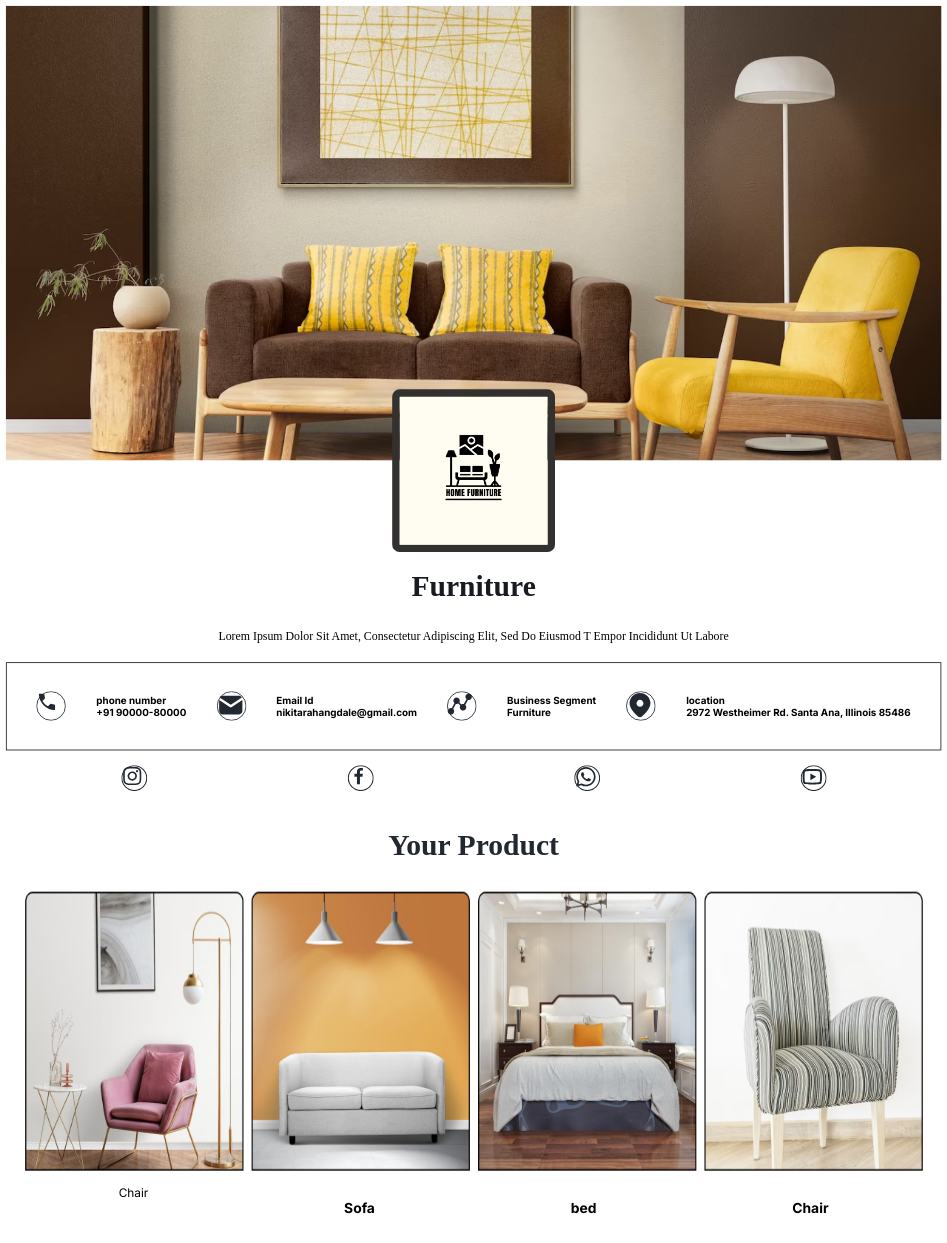
Repository: nikita120402/next13-deploy
Page: /
An editor plug-in stored every save of this project. The page is shown before and after the next save, followed by the edit.
The browser window is 1280 px wide. The pictures show the whole page, at 74% of full size.
The project was rebuilt for these pictures with package versions that can differ from the ones it lists, and the page was loaded fresh each time. The framework's server and built-in components were replaced by stand-ins that run in the browser. Also part of the build but not shown: next.config.js.

Above is the page before, as saved 2023-08-07 13:49:02.

### src/app/page.tsx
import Image from 'next/image'
import styles from './Design.module.css'
export default function Page() {
  return (
  <div>
        <Image
        className={styles.image1}
      src="/../public/image/Rectangle 25.jpg"
      alt="Picture"
      width={1500}
      height={600}
          />
          <Image
          className={styles.icon}
          src="/../public/image/final logo.jpg"
          alt="Picture"
          width={200}
          height={200}
          />
          <h1>Furniture</h1>
          <p>Lorem ipsum dolor sit amet, consectetur adipiscing elit, sed do eiusmod t empor incididunt ut labore </p>
          <div className={styles.call}>
          <svg xmlns="http://www.w3.org/2000/svg" width="40" height="40" viewBox="0 0 69 69" fill="none">
  <circle cx="34.5" cy="34.5" r="33.5" fill="white" stroke="#222831" stroke-width="2"/>
  <svg xmlns="http://www.w3.org/2000/svg" width="50" height="50" viewBox="0 0 33 33" fill="none">
  <path d="M27.4313 28.875C24.5667 28.875 21.731 28.2563 18.9241 27.0187C16.1173 25.7812 13.5676 24.0167 11.275 21.725C8.98333 19.4333 7.21875 16.8896 5.98125 14.0938C4.74375 11.2979 4.125 8.45625 4.125 5.56875V4.125H12.2375L13.5094 11.0344L9.59062 14.9875C10.0948 15.8812 10.6562 16.7292 11.275 17.5312C11.8937 18.3333 12.5583 19.0781 13.2687 19.7656C13.9333 20.4302 14.6612 21.0664 15.4522 21.6741C16.2433 22.2819 17.0968 22.8488 18.0125 23.375L22 19.3875L28.875 20.7969V28.875H27.4313Z" fill="#222831"/>
</svg></svg> <h5>phone number <br/> +91 90000-80000</h5>

<svg xmlns="http://www.w3.org/2000/svg" width="40" height="40" viewBox="0 0 69 69" fill="none">
  <circle cx="34.5" cy="34.5" r="33.5" fill="white" stroke="#222831" stroke-width="2"/>
  <svg xmlns="http://www.w3.org/2000/svg" width="65" height="65" viewBox="0 0 33 33" fill="none">
  <g clip-path="url(#clip0_1_50)">
    <path d="M30.25 10.3606V23.375C30.2501 24.4271 29.8481 25.4396 29.1262 26.2051C28.4044 26.9706 27.4174 27.4314 26.367 27.4931L26.125 27.5H6.875C5.82284 27.5 4.81042 27.098 4.04489 26.3762C3.27937 25.6544 2.8186 24.6673 2.75688 23.617L2.75 23.375V10.3606L15.7369 19.019L15.8964 19.1097C16.0843 19.2016 16.2908 19.2493 16.5 19.2493C16.7092 19.2493 16.9157 19.2016 17.1036 19.1097L17.2631 19.019L30.25 10.3606Z" fill="#222831"/>
    <path d="M26.125 5.5C27.61 5.5 28.9121 6.28375 29.6381 7.46212L16.5 16.2209L3.36188 7.46212C3.70663 6.90218 4.1803 6.4328 4.74335 6.09315C5.30641 5.7535 5.94252 5.55343 6.59863 5.50962L6.875 5.5H26.125Z" fill="#222831"/>
  </g>
  <defs>
    <clipPath id="clip0_1_50">
      <rect width="33" height="33" fill="white"/>
    </clipPath>
  </defs>
</svg>
</svg> <h5>Email Id <br/>  nikitarahangdale@gmail.com</h5>

<svg xmlns="http://www.w3.org/2000/svg" width="40" height="40" viewBox="0 0 69 69" fill="none">
  <circle cx="34.5" cy="34.5" r="33.5" fill="white" stroke="#222831" stroke-width="2"/>
  <svg xmlns="http://www.w3.org/2000/svg" width="60" height="60" viewBox="0 0 33 33" fill="none">
  <path d="M30.7622 10.1346C30.3794 10.5186 29.9246 10.8231 29.4237 11.0306C28.9228 11.2381 28.3859 11.3445 27.8437 11.3437C27.5119 11.3436 27.1813 11.3037 26.8589 11.2251L23.4261 17.6008C23.4648 17.6369 23.5035 17.673 23.5409 17.7104C24.0863 18.256 24.4678 18.9435 24.6421 19.6951C24.8163 20.4466 24.7764 21.2319 24.5267 21.9618C24.2771 22.6917 23.8277 23.337 23.2297 23.8244C22.6317 24.3118 21.9091 24.6217 21.1438 24.719C20.3785 24.8162 19.6013 24.6969 18.9004 24.3747C18.1995 24.0524 17.603 23.54 17.1787 22.8957C16.7544 22.2514 16.5192 21.5011 16.5 20.7298C16.4807 19.9586 16.6781 19.1975 17.0698 18.5328L14.4684 15.9315C13.8338 16.3044 13.111 16.5007 12.375 16.5C12.0428 16.5002 11.7117 16.4609 11.3889 16.3827L7.95609 22.7558C7.99476 22.7919 8.03472 22.828 8.0721 22.8654C8.6489 23.4423 9.04168 24.1773 9.20076 24.9775C9.35985 25.7776 9.27811 26.607 8.96587 27.3606C8.65363 28.1143 8.12492 28.7585 7.44658 29.2117C6.76825 29.665 5.97076 29.9069 5.15495 29.9069C4.33915 29.9069 3.54166 29.665 2.86333 29.2117C2.18499 28.7585 1.65628 28.1143 1.34404 27.3606C1.0318 26.607 0.950059 25.7776 1.10915 24.9775C1.26823 24.1773 1.66101 23.4423 2.23781 22.8654C2.7397 22.3637 3.36251 22 4.04606 21.8094C4.7296 21.6188 5.45075 21.6078 6.1398 21.7774L9.57257 15.4017C9.5339 15.3656 9.49523 15.3295 9.45785 15.2921C9.07471 14.9091 8.77077 14.4543 8.56342 13.9538C8.35606 13.4532 8.24933 12.9168 8.24933 12.375C8.24933 11.8332 8.35606 11.2967 8.56342 10.7962C8.77077 10.2957 9.07471 9.84089 9.45785 9.45783C10.1675 8.74616 11.1126 8.31805 12.1156 8.25393C13.1186 8.18981 14.1105 8.49408 14.905 9.10959C15.6995 9.72511 16.242 10.6095 16.4306 11.5967C16.6191 12.5839 16.4407 13.606 15.9289 14.471L18.5303 17.0723C19.4597 16.5277 20.5645 16.3659 21.6111 16.6212L25.0439 10.2455C25.0052 10.2094 24.9653 10.1733 24.9279 10.1359C24.5447 9.75283 24.2408 9.29805 24.0335 8.79752C23.8261 8.29699 23.7194 7.76051 23.7194 7.21873C23.7194 6.67695 23.8261 6.14048 24.0335 5.63995C24.2408 5.13942 24.5447 4.68464 24.9279 4.30158C25.7016 3.52791 26.7509 3.09326 27.845 3.09326C28.9392 3.09326 29.9885 3.52791 30.7622 4.30158C31.5359 5.07526 31.9705 6.12459 31.9705 7.21873C31.9705 8.31288 31.5359 9.36221 30.7622 10.1359V10.1346Z" fill="#222831"/>
</svg>
</svg> <h5>Business  Segment  <br/>  Furniture</h5>

<svg xmlns="http://www.w3.org/2000/svg" width="40" height="40" viewBox="0 0 69 69" fill="none">
  <circle cx="34.5" cy="34.5" r="33.5" fill="white" stroke="#222831" stroke-width="2"/>
  <svg xmlns="http://www.w3.org/2000/svg" width="65" height="65" viewBox="0 0 33 33" fill="none">
  <path d="M18.8843 29.997C22.4792 26.8331 28.875 20.3692 28.875 14.4375C28.875 11.1554 27.5712 8.00782 25.2504 5.68705C22.9297 3.36629 19.7821 2.0625 16.5 2.0625C13.2179 2.0625 10.0703 3.36629 7.74955 5.68705C5.42879 8.00782 4.125 11.1554 4.125 14.4375C4.125 20.3692 10.5187 26.8331 14.1157 29.997C14.7719 30.5826 15.6205 30.9063 16.5 30.9063C17.3795 30.9063 18.2281 30.5826 18.8843 29.997ZM12.375 14.4375C12.375 13.3435 12.8096 12.2943 13.5832 11.5207C14.3568 10.7471 15.406 10.3125 16.5 10.3125C17.594 10.3125 18.6432 10.7471 19.4168 11.5207C20.1904 12.2943 20.625 13.3435 20.625 14.4375C20.625 15.5315 20.1904 16.5807 19.4168 17.3543C18.6432 18.1279 17.594 18.5625 16.5 18.5625C15.406 18.5625 14.3568 18.1279 13.5832 17.3543C12.8096 16.5807 12.375 15.5315 12.375 14.4375Z" fill="#222831"/>
</svg>
</svg>  <h5>location  <br/>  2972 Westheimer Rd. Santa Ana, Illinois 85486 </h5>

</div>
<div className={styles.icon1}>

<svg className={styles.icon2} xmlns="http://www.w3.org/2000/svg" width="35" height="35" viewBox="0 0 50 50" fill="none">
  <circle cx="25" cy="25" r="24" fill="white" stroke="#222831" stroke-width="2"/>
  <svg   xmlns="http://www.w3.org/2000/svg" width="42" height="42" viewBox="0 0 32 32" fill="none">
  <path d="M23.12 7.27999C22.8036 7.27999 22.4942 7.37383 22.2311 7.54964C21.968 7.72545 21.7629 7.97533 21.6418 8.2677C21.5207 8.56006 21.489 8.88176 21.5507 9.19213C21.6125 9.5025 21.7649 9.7876 21.9886 10.0114C22.2124 10.2351 22.4975 10.3875 22.8079 10.4492C23.1182 10.511 23.4399 10.4793 23.7323 10.3582C24.0247 10.2371 24.2745 10.032 24.4504 9.7689C24.6262 9.50578 24.72 9.19644 24.72 8.87999C24.72 8.45564 24.5514 8.04868 24.2514 7.74862C23.9513 7.44856 23.5443 7.27999 23.12 7.27999ZM29.2533 10.5067C29.2274 9.40039 29.0202 8.30586 28.64 7.26666C28.301 6.3775 27.7733 5.57236 27.0933 4.90666C26.4331 4.22322 25.6261 3.69889 24.7333 3.37332C23.6969 2.98154 22.6011 2.7696 21.4933 2.74666C20.08 2.66666 19.6267 2.66666 16 2.66666C12.3733 2.66666 11.92 2.66666 10.5067 2.74666C9.39887 2.7696 8.30313 2.98154 7.26667 3.37332C6.37557 3.70219 5.56925 4.22607 4.90667 4.90666C4.22324 5.56689 3.69891 6.37391 3.37334 7.26666C2.98155 8.30311 2.76962 9.39886 2.74667 10.5067C2.66667 11.92 2.66667 12.3733 2.66667 16C2.66667 19.6267 2.66667 20.08 2.74667 21.4933C2.76962 22.6011 2.98155 23.6969 3.37334 24.7333C3.69891 25.6261 4.22324 26.4331 4.90667 27.0933C5.56925 27.7739 6.37557 28.2978 7.26667 28.6267C8.30313 29.0184 9.39887 29.2304 10.5067 29.2533C11.92 29.3333 12.3733 29.3333 16 29.3333C19.6267 29.3333 20.08 29.3333 21.4933 29.2533C22.6011 29.2304 23.6969 29.0184 24.7333 28.6267C25.6261 28.3011 26.4331 27.7768 27.0933 27.0933C27.7763 26.4301 28.3045 25.6242 28.64 24.7333C29.0202 23.6941 29.2274 22.5996 29.2533 21.4933C29.2533 20.08 29.3333 19.6267 29.3333 16C29.3333 12.3733 29.3333 11.92 29.2533 10.5067ZM26.8533 21.3333C26.8436 22.1797 26.6903 23.0183 26.4 23.8133C26.1871 24.3936 25.8452 24.9179 25.4 25.3467C24.9675 25.7873 24.4443 26.1286 23.8667 26.3467C23.0716 26.637 22.233 26.7903 21.3867 26.8C20.0533 26.8667 19.56 26.88 16.0533 26.88C12.5467 26.88 12.0533 26.88 10.72 26.8C9.84119 26.8164 8.96613 26.6811 8.13334 26.4C7.58105 26.1708 7.08181 25.8304 6.66667 25.4C6.22412 24.9717 5.88646 24.4469 5.68001 23.8667C5.35448 23.0602 5.17393 22.2026 5.14667 21.3333C5.14667 20 5.06667 19.5067 5.06667 16C5.06667 12.4933 5.06667 12 5.14667 10.6667C5.15265 9.8014 5.31061 8.94392 5.61334 8.13332C5.84807 7.57054 6.20836 7.06887 6.66667 6.66666C7.07176 6.20821 7.57239 5.84412 8.13334 5.59999C8.94607 5.30671 9.80267 5.15343 10.6667 5.14666C12 5.14666 12.4933 5.06666 16 5.06666C19.5067 5.06666 20 5.06666 21.3333 5.14666C22.1797 5.15636 23.0183 5.30965 23.8133 5.59999C24.4192 5.82486 24.9631 6.19045 25.4 6.66666C25.8369 7.07623 26.1784 7.57697 26.4 8.13332C26.6963 8.94523 26.8497 9.80236 26.8533 10.6667C26.92 12 26.9333 12.4933 26.9333 16C26.9333 19.5067 26.92 20 26.8533 21.3333ZM16 9.15999C14.6478 9.16263 13.3266 9.56602 12.2035 10.3192C11.0805 11.0724 10.2058 12.1416 9.69018 13.3917C9.17452 14.6417 9.04097 16.0166 9.3064 17.3426C9.57182 18.6685 10.2243 19.886 11.1814 20.8413C12.1386 21.7966 13.3574 22.4467 14.6838 22.7095C16.0103 22.9724 17.3849 22.8361 18.634 22.318C19.883 21.7999 20.9505 20.9232 21.7015 19.7987C22.4525 18.6742 22.8533 17.3522 22.8533 16C22.8551 15.1001 22.6789 14.2088 22.335 13.3773C21.991 12.5457 21.4861 11.7904 20.8492 11.1547C20.2122 10.519 19.4559 10.0156 18.6237 9.67323C17.7915 9.3309 16.8999 9.15647 16 9.15999ZM16 20.44C15.1219 20.44 14.2634 20.1796 13.5333 19.6917C12.8031 19.2038 12.234 18.5104 11.898 17.6991C11.5619 16.8878 11.474 15.9951 11.6453 15.1338C11.8166 14.2725 12.2395 13.4814 12.8604 12.8604C13.4814 12.2395 14.2725 11.8166 15.1338 11.6453C15.9951 11.474 16.8878 11.5619 17.6991 11.898C18.5104 12.234 19.2039 12.8031 19.6917 13.5333C20.1796 14.2634 20.44 15.1218 20.44 16C20.44 16.5831 20.3252 17.1604 20.102 17.6991C19.8789 18.2378 19.5519 18.7273 19.1396 19.1395C18.7273 19.5518 18.2378 19.8789 17.6991 20.102C17.1604 20.3251 16.5831 20.44 16 20.44Z" fill="#222831"/>
</svg>
</svg>
<svg xmlns="http://www.w3.org/2000/svg" width="35" height="35" viewBox="0 0 50 50" fill="none">
  <circle cx="25" cy="25" r="24" fill="white" stroke="#222831" stroke-width="2"/>
  <svg xmlns="http://www.w3.org/2000/svg" width="42" height="42" viewBox="0 0 32 32" fill="none">
  <path d="M17.8627 27.996V17.068H21.5493L22.0973 12.7893H17.8627V10.064C17.8627 8.82934 18.2067 7.98401 19.9787 7.98401H22.224V4.16935C21.1315 4.05227 20.0334 3.99574 18.9347 4.00001C15.676 4.00001 13.4387 5.98935 13.4387 9.64135V12.7813H9.776V17.06H13.4467V27.996H17.8627Z" fill="#222831"/>
</svg>
</svg>
<svg xmlns="http://www.w3.org/2000/svg" width="35" height="35" viewBox="0 0 50 50" fill="none">
  <circle cx="25" cy="25" r="24" fill="white" stroke="#222831" stroke-width="2"/>
  <svg xmlns="http://www.w3.org/2000/svg" width="45" height="45" viewBox="0 0 32 32" fill="none">
  <path d="M25.4 6.54667C24.1776 5.31191 22.7216 4.3329 21.1168 3.66674C19.5121 3.00059 17.7908 2.66062 16.0533 2.66667C8.77333 2.66667 2.84 8.60001 2.84 15.88C2.84 18.2133 3.45333 20.48 4.6 22.48L2.73333 29.3333L9.73333 27.4933C11.6667 28.5467 13.84 29.1067 16.0533 29.1067C23.3333 29.1067 29.2667 23.1733 29.2667 15.8933C29.2667 12.36 27.8933 9.04001 25.4 6.54667ZM16.0533 26.8667C14.08 26.8667 12.1467 26.3333 10.4533 25.3333L10.0533 25.0933L5.89333 26.1867L7 22.1333L6.73333 21.72C5.637 19.9693 5.05485 17.9457 5.05333 15.88C5.05333 9.82667 9.98667 4.89334 16.04 4.89334C18.9733 4.89334 21.7333 6.04001 23.8 8.12001C24.8233 9.13863 25.6343 10.3502 26.1859 11.6846C26.7374 13.0189 27.0187 14.4495 27.0133 15.8933C27.04 21.9467 22.1067 26.8667 16.0533 26.8667ZM22.08 18.6533C21.7467 18.4933 20.12 17.6933 19.8267 17.5733C19.52 17.4667 19.3067 17.4133 19.08 17.7333C18.8533 18.0667 18.2267 18.8133 18.04 19.0267C17.8533 19.2533 17.6533 19.28 17.32 19.1067C16.9867 18.9467 15.92 18.5867 14.6667 17.4667C13.68 16.5867 13.0267 15.5067 12.8267 15.1733C12.64 14.84 12.8 14.6667 12.9733 14.4933C13.12 14.3467 13.3067 14.1067 13.4667 13.92C13.6267 13.7333 13.6933 13.5867 13.8 13.3733C13.9067 13.1467 13.8533 12.96 13.7733 12.8C13.6933 12.64 13.0267 11.0133 12.76 10.3467C12.4933 9.70668 12.2133 9.78667 12.0133 9.77334H11.3733C11.1467 9.77334 10.8 9.85334 10.4933 10.1867C10.2 10.52 9.34667 11.32 9.34667 12.9467C9.34667 14.5733 10.5333 16.1467 10.6933 16.36C10.8533 16.5867 13.0267 19.92 16.3333 21.3467C17.12 21.6933 17.7333 21.8933 18.2133 22.04C19 22.2933 19.72 22.2533 20.2933 22.1733C20.9333 22.08 22.2533 21.3733 22.52 20.6C22.8 19.8267 22.8 19.1733 22.7067 19.0267C22.6133 18.88 22.4133 18.8133 22.08 18.6533Z" fill="#222831"/>
</svg>
</svg>
<svg xmlns="http://www.w3.org/2000/svg" width="35" height="35" viewBox="0 0 50 50" fill="none">
  <circle cx="25" cy="25" r="24" fill="white" stroke="#222831" stroke-width="2"/>
  <svg xmlns="http://www.w3.org/2000/svg" width="45" height="45" viewBox="0 0 32 32" fill="none">
  <path d="M26.1427 9.32668C26.0413 8.92934 25.7533 8.62934 25.424 8.53734C24.84 8.37334 22.0013 8.00001 16.0013 8.00001C10.0013 8.00001 7.164 8.37334 6.576 8.53734C6.25066 8.62801 5.96266 8.92801 5.86 9.32668C5.71466 9.89201 5.33466 12.26 5.33466 16C5.33466 19.7387 5.71466 22.1067 5.86 22.6747C5.96133 23.0707 6.24933 23.3707 6.57733 23.4613C7.164 23.6267 10 24 16 24C22 24 24.8387 23.6267 25.4253 23.4627C25.7507 23.372 26.0387 23.072 26.1413 22.6733C26.288 22.108 26.6667 19.7333 26.6667 16C26.6667 12.2667 26.288 9.89334 26.1427 9.32668ZM28.7253 8.66401C29.3347 11.04 29.3347 16 29.3347 16C29.3347 16 29.3347 20.96 28.7253 23.336C28.3867 24.6493 27.396 25.6827 26.1413 26.032C23.8627 26.6667 16 26.6667 16 26.6667C16 26.6667 8.14266 26.6667 5.86 26.032C4.6 25.6773 3.61066 24.6453 3.276 23.336C2.66666 20.96 2.66666 16 2.66666 16C2.66666 16 2.66666 11.04 3.276 8.66401C3.61466 7.35068 4.60533 6.31734 5.86 5.96801C8.144 5.33334 16.0013 5.33334 16.0013 5.33334C16.0013 5.33334 23.8627 5.33334 26.1413 5.96801C27.4 6.32268 28.3907 7.35468 28.7253 8.66401ZM13.3347 20.6667V11.3333L21.3347 16L13.3347 20.6667Z" fill="#222831"/>
</svg>
</svg>

</div>
<h2 className={styles.heading}>Your Product </h2>

<div className={styles.product} >
      <Image
          src="/../public/image/Chair.jpg"
          alt="Picture"
          width={295}
          height={377}
          />
          <Image
          src="/../public/image/Sofa.jpg"
          alt="Picture"
          width={295}
          height={377}
          />
          <Image
          src="/../public/image/Bed.jpg"
          alt="Picture"
          width={295}
          height={377}
          />
          <Image
          src="/../public/image/Chair1.jpg"
          alt="Picture"
          width={295}
          height={377}
          />

</div>
<div className={styles.product1}>
<span>Chair</span>
<h3>Sofa</h3>
<h3>bed</h3>
<h3>Chair</h3>
</div>

  </div>
  )

}

### src/app/globals.css
h1{
      text-align: center;
      color: #181b21;
font-family: Playfair Display;
font-size: 40px;
font-style: normal;
font-weight: 600;
line-height: 100%; /* 40px */
  text-transform: capitalize;
}
p{
      color: #000;
text-align: center;
padding: 10px;
font-family: Poppins;
font-size: 16px;
font-style: normal;
font-weight: 400;
line-height: 120%; /* 24px */
text-transform: capitalize;
}

### src/app/Design.module.css
.image1{
    width: 100%;
    height: 100%;
}

.icon{
    border-radius: 10px;
    background: #222831;
    position: relative;
    border: solid 10px rgb(51, 48, 48);
    margin-left: auto;
    margin-right: auto;
    display: block;
    margin-top: -100px;
    z-index: +1;
}

.call{
    display: flex;
    margin-left:auto;
    border: solid 1px black;
    padding: 20px;
    justify-content: space-around;
    align-items: center;
}

.icon1{
    display: flex;
    margin-left:0%;
    padding: 20px;
    align-items: center;
    flex-shrink: 0;
    justify-content:space-around;


}

.heading{
    text-align: center;
    color: #222831;
    font-family: Playfair Display;
    font-size: 40px;
    font-style: normal;
    font-weight: 600;
    line-height: 100%; /* 40px */
    text-transform: capitalize;
}

.icon2{
        text-align: center;
}

.product{
            display: flex;
            padding: 10px 20px;
            justify-content: space-around;
            border-radius: 10px 10px 0px 0px;

}
.product1{
    display: flex;
    padding: 10px 20px;
    justify-content: space-around;
    border-radius: 10px 10px 0px 0px;

}

Loaded but not shown: src/app/layout.tsx (common file)

After the next save:
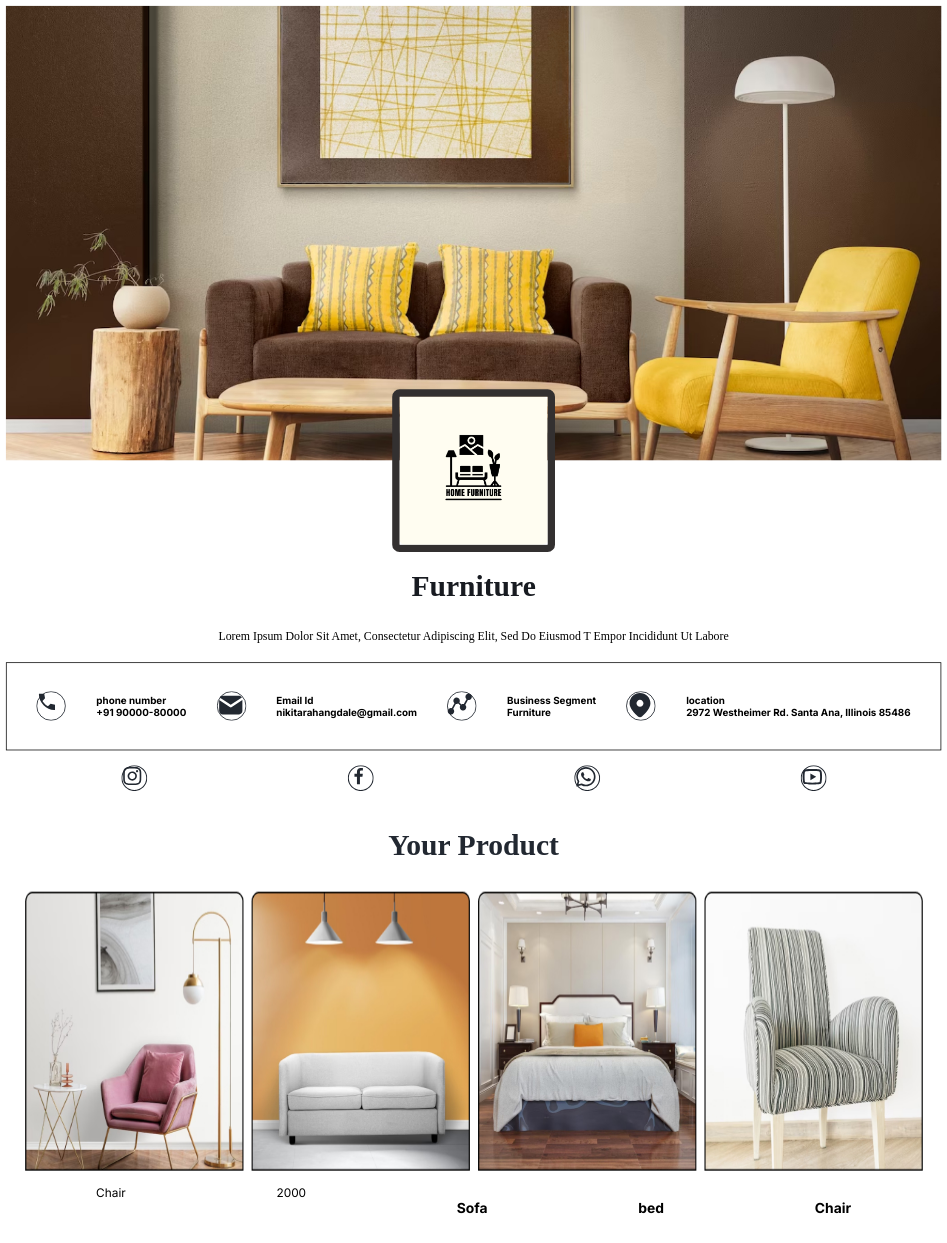
Saved 119 min 32 s later.
--- a/src/app/page.tsx
+++ b/src/app/page.tsx
@@ -115,6 +115,7 @@ export default function Page() {
 </div>
 <div className={styles.product1}>
 <span>Chair</span>
+<span>2000</span>
 <h3>Sofa</h3>
 <h3>bed</h3>
 <h3>Chair</h3>
